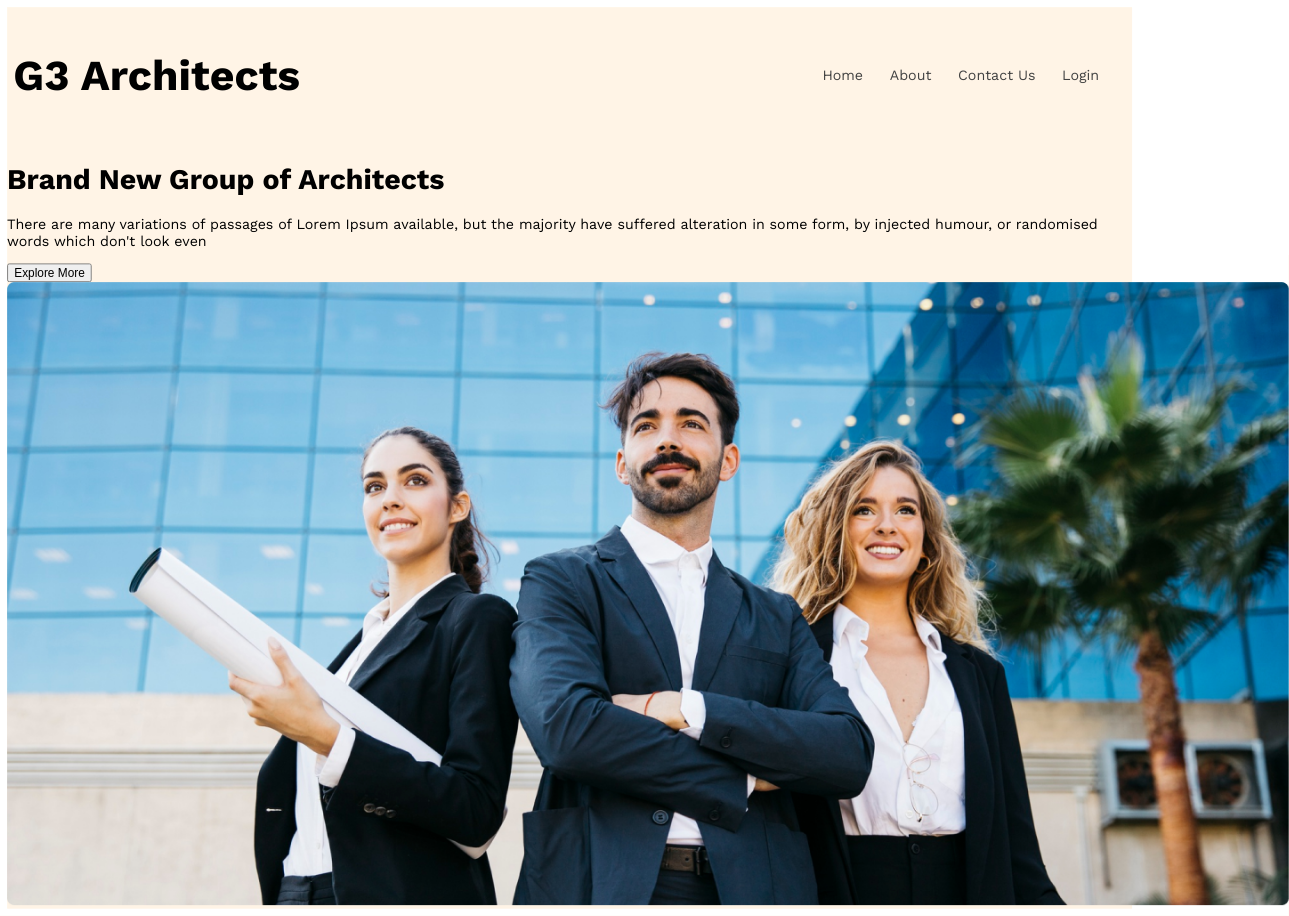
Repository: dollyrakhe22/g3-architects-website
Page: index.html
The author's editor kept a copy of each file at every save. The page is drawn from the files as they stood at one save, then again after the next save.
The browser window is 1280 px wide. The page is 1448 px wide, so the pictures cover 1448 px, including what lies to the right of the window. The pictures show the whole page, at 89% of full size.

Above is the page before, as saved 2025-07-18 17:06:05.

### index.html
<!DOCTYPE html>
<html lang="en">
<head>
    <meta charset="UTF-8">
    <meta name="viewport" content="width=device-width, initial-scale=1.0">
    <title>Architects Website</title>
    <link rel="stylesheet" href="style.css">
</head>
<body class="work-sans-font">
    <header class="bg-light">
           <nav class="navbar  display-flex">
             <h3 class="brand">G3 Architects</h3>
             <ul class="nav-links display-flex">
              <li class="nav-item"><a href="" class="nav-link text-gray ">Home</a></li>
              <li class="nav-item"><a href="" class="nav-link text-gray ">About</a></li>
              <li class="nav-item"><a href="" class="nav-link text-gray ">Contact Us</a></li>
              <li class="nav-item"><a href="" class="nav-link text-gray ">Login</a></li>
             </ul>
           </nav>
           <div class="banner">
            <h1 class="banner-title">Brand New Group of Architects </h1>
            <p class="banner-description">There are many variations of passages of Lorem Ipsum available, but the majority have suffered alteration in some form, by injected humour,
              or randomised words which don't look even</p>
            <button>Explore More</button>
            <img src="images/banner.png" alt="" srcset="">
           </div>
    </header>
    <main>

    </main>
    <footer>

    </footer>
</body>
</html>

### style.css
@import url('https://fonts.googleapis.com/css2?family=Work+Sans:ital,wght@0,100..900;1,100..900&display=swap');

.work-sans-font {
  font-family: "Work Sans", sans-serif;
  font-optical-sizing: auto;
  font-weight: 400px;
  font-style: normal;
}
/*shared styles*/
.display-flex{
  display: flex;
}
/*dark 02*/
.text-gray{
  color: #424242;
}
/*dark 03*/
.text-light-gray{
  color:#727272;
}
.navbar{
  justify-content: space-between;
  align-items: center;
}
.bg-light{
  background-color: rgba(255, 144, 14, 0.1);
}
.brand{
  font-weight: 700;
  font-size: 3rem;
}
/*header styles*/


/*navbar related styles*/
.navbar{
  display: flex;
}
.nav-item{
  list-style: none;
  margin-right: 30px;
}
.nav-link{
  text-decoration: none;
  font-size: 500;
}
.navbar {
  max-width: 1250px;
  margin: 0 auto;
}

After the next save:
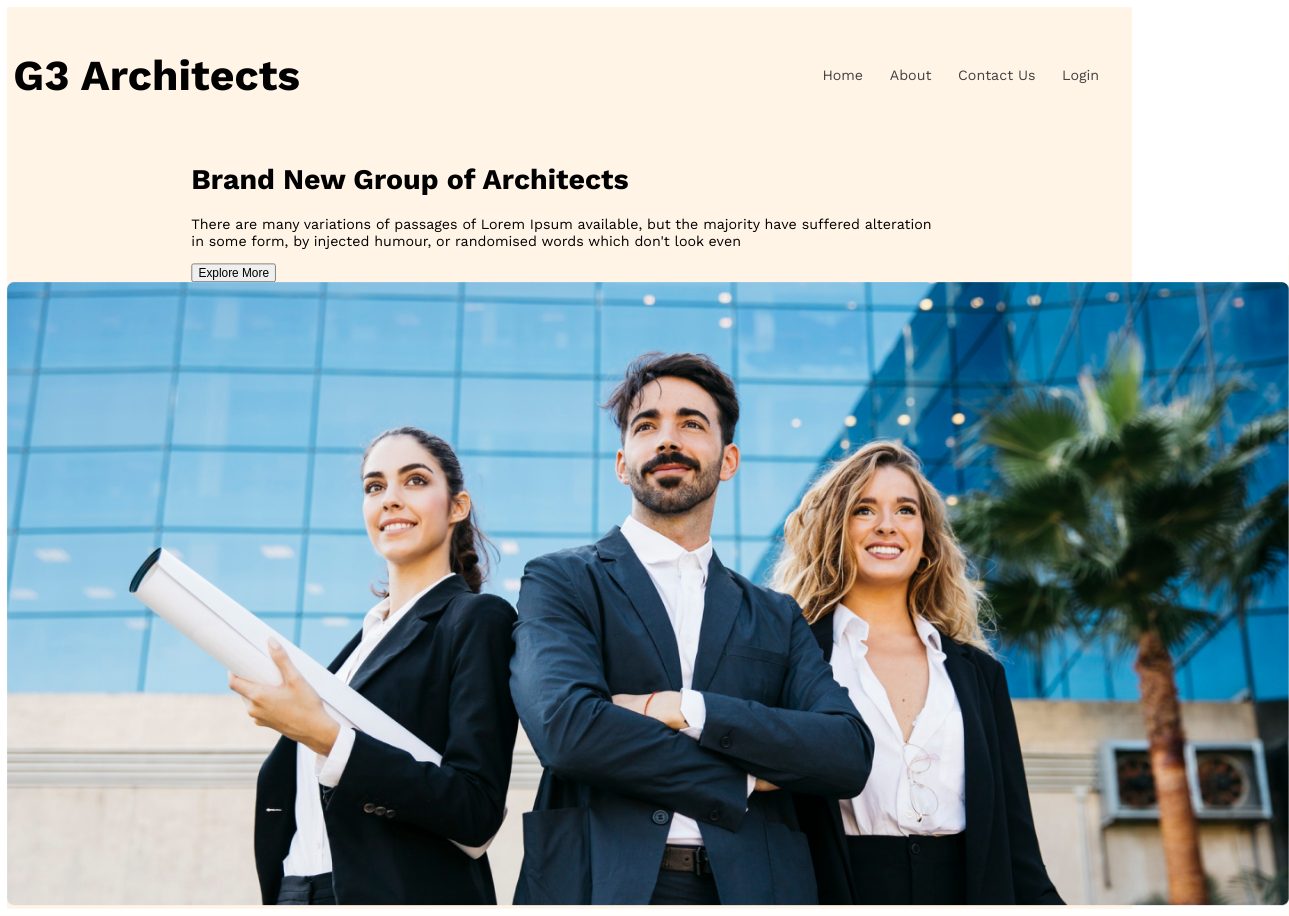
Saved 4 min 6 s later.
--- a/index.html
+++ b/index.html
@@ -18,10 +18,12 @@
              </ul>
            </nav>
            <div class="banner">
-            <h1 class="banner-title">Brand New Group of Architects </h1>
-            <p class="banner-description">There are many variations of passages of Lorem Ipsum available, but the majority have suffered alteration in some form, by injected humour,
+          <div class="banner-content">
+              <h1 class="banner-title">Brand New Group of Architects </h1>
+              <p class="banner-description">There are many variations of passages of Lorem Ipsum available, but the majority have suffered alteration in some form, by injected humour,
               or randomised words which don't look even</p>
             <button>Explore More</button>
+          </div>
             <img src="images/banner.png" alt="" srcset="">
            </div>
     </header>
--- a/style.css
+++ b/style.css
@@ -48,3 +48,10 @@
   max-width: 1250px;
   margin: 0 auto;
 }
+
+
+/*banner related styles*/
+.banner-content{
+  max-width: 850px;
+  margin: 0 auto;
+}
